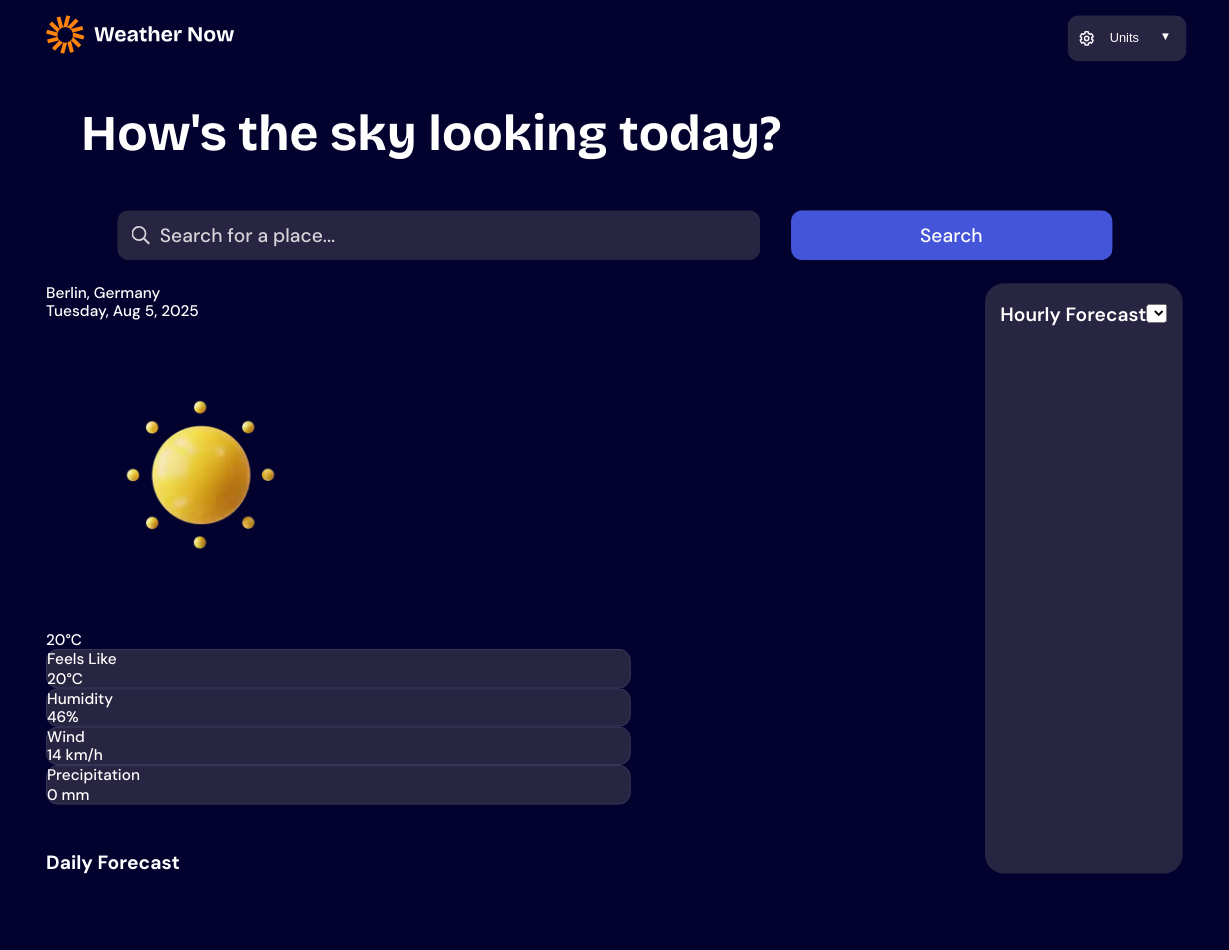
Repository: MKwaak/weather-app-main
Page: index.html
The author's editor kept a copy of each file at every save. The page is drawn from the files as they stood at one save, then again after the next save.
The browser window is 1280 px wide. The pictures show the whole page, at 96% of full size.
The page's requests for data from a server got no answer.

Above is the page before, as saved 2026-01-31 00:03:53.

After the next save:
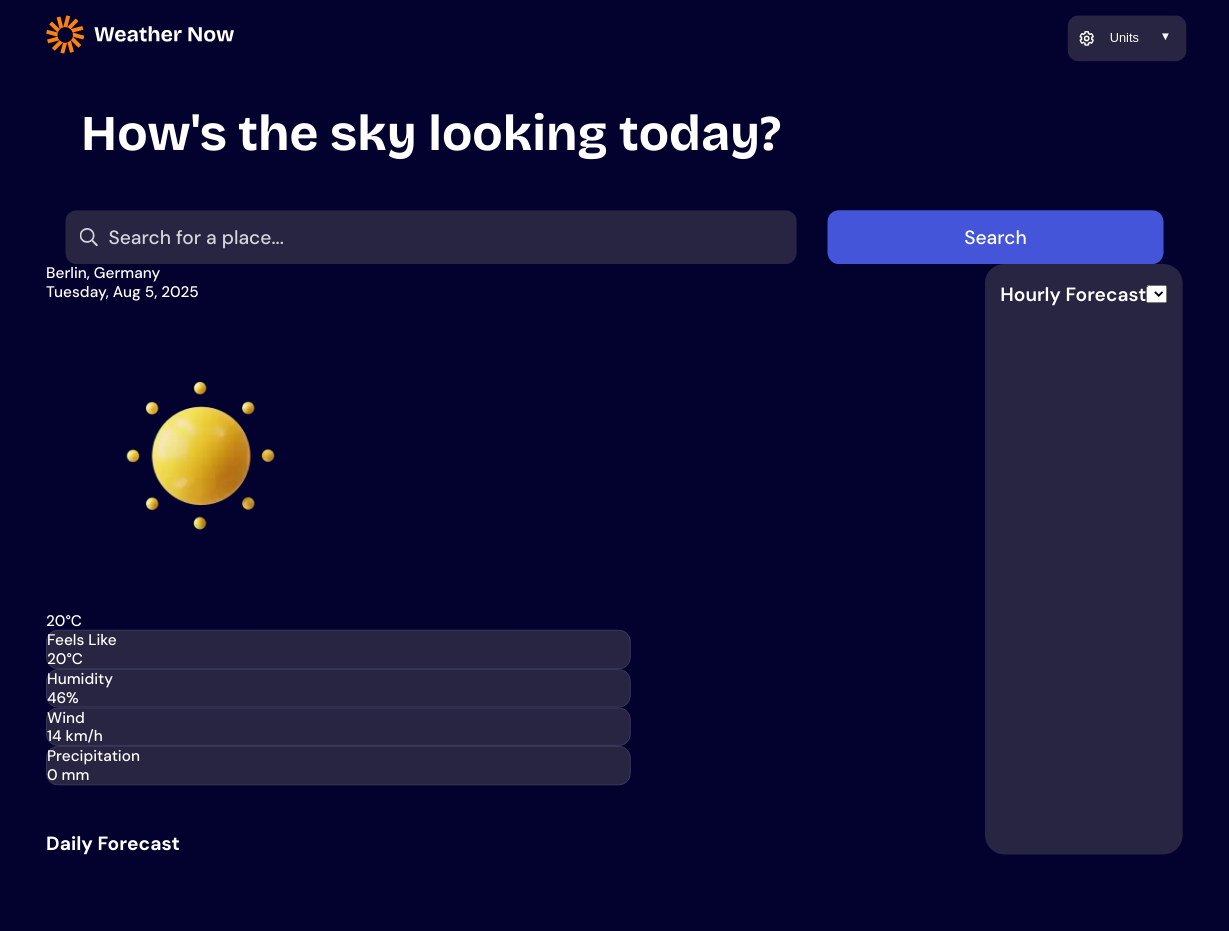
Saved 3 min 18 s later.
--- a/style.css
+++ b/style.css
@@ -339,8 +339,9 @@
 
   /* Hero search container */
   .hero__search {
+    display: contents; /* Dit zorgt dat textbox en button direct kinderen worden van de content-grid */
     grid-column: 1 / -1; /* De balk beslaat de hele breedte van het dashboard */
-    display: grid;
+
     /* DIT IS HET GEHEIM: Gebruik exact dezelfde kolommen als hierboven */
     grid-template-columns: 1fr 350px;
     column-gap: 32px;
@@ -375,7 +376,8 @@
     flex: 1;            /* DIT is cruciaal: hij pakt alleen de restruimte */
     min-width: 0;       /* Voorkomt dat de textbox de button wegdrukt */
     border-right: none; /* Zorgt dat ze naadloos aansluiten */
-    height: 100%;
+    height: 56px;
+    max-width: none;
 
     /* Kleur en Typography */
     color: var(--color-text-light);
@@ -435,7 +437,7 @@
     border-radius: 12px; /* Ook rondom rond */
     width: 100%; /* Vult de volledige 350px van de rechterkolom */
     box-sizing: border-box; /* Onmisbaar! */
-    height: 100%;
+    height: 56px;
     background-color: var(--c-blue-500);
     border: 1px solid var(--color-accent);
     padding-inline: 24px;
